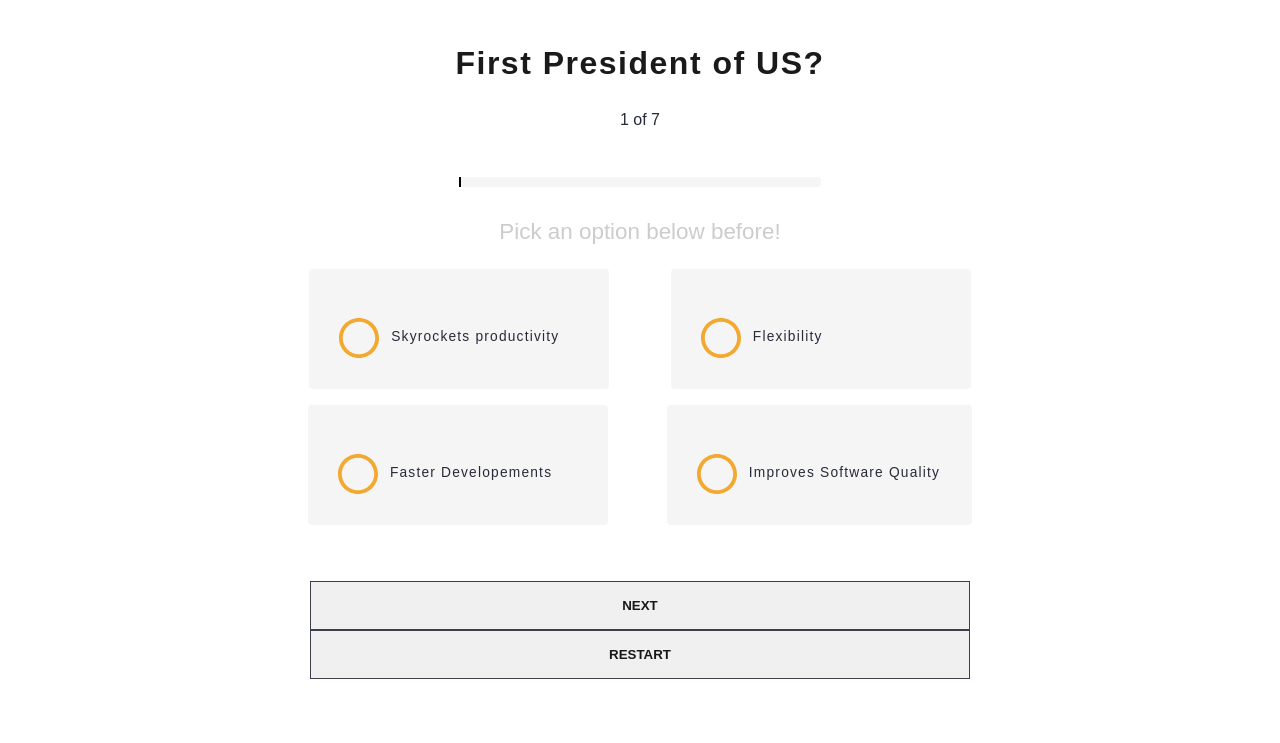
Repository: mukiSabljakovic/Quiz-APP
Page: index.html
The author's editor kept a copy of each file at every save. The page is drawn from the files as they stood at one save, then again after the next save.
The browser window is 1280 px wide. The pictures show the whole page.
Some web fonts or font styles are not loaded; a fallback is used.

Above is the page before, as saved 2020-05-04 16:28:28.

After the next save:
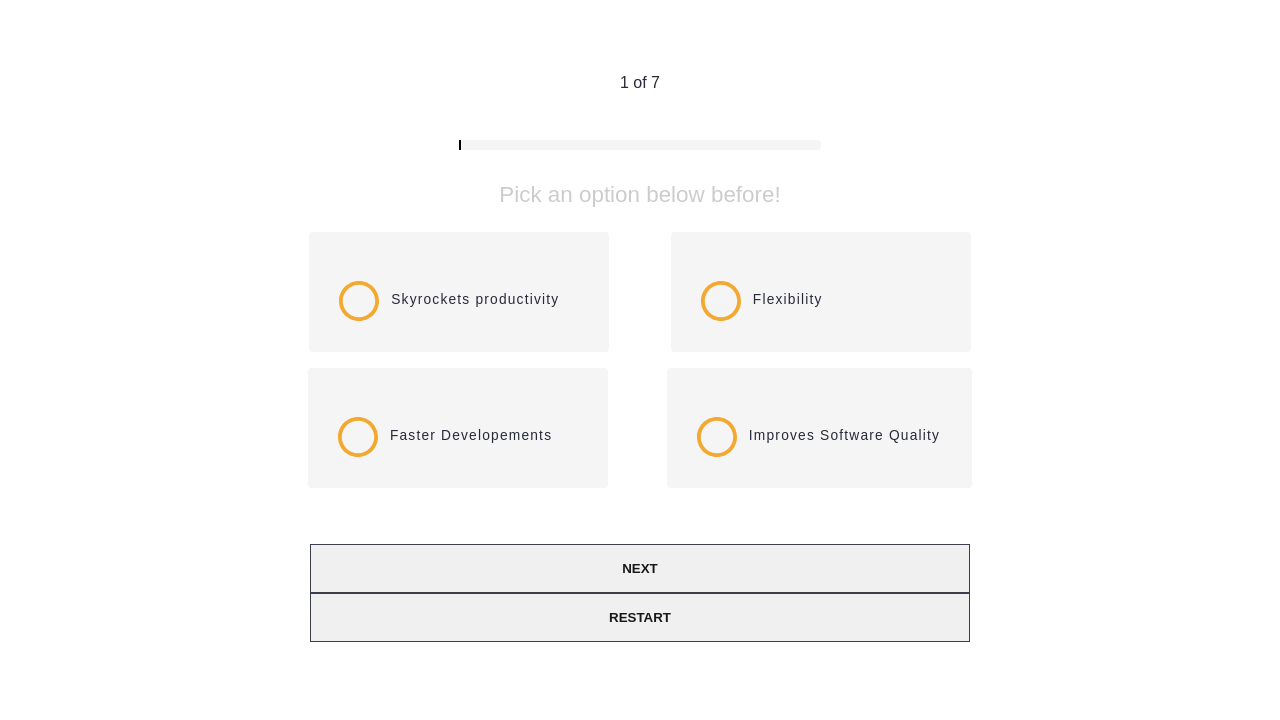
Console error: SyntaxError: Unexpected token '{'
Saved 64 s later.
--- a/js/app.js
+++ b/js/app.js
@@ -45,8 +45,13 @@
 
 const quiz = new Quiz([q1, q2, q3, q4, q5]);
 
+const changeText = (elem, value) {
+    elem.innerHTML = text;
+}
+
 const renderQuestion = _ => {
     const question = quiz.getCurrentQuestion().question;
+    changeText(quizQuestion, question);
     quizQuestionEl.innerHTML = question;
 }
 

After the 6 saves that followed:
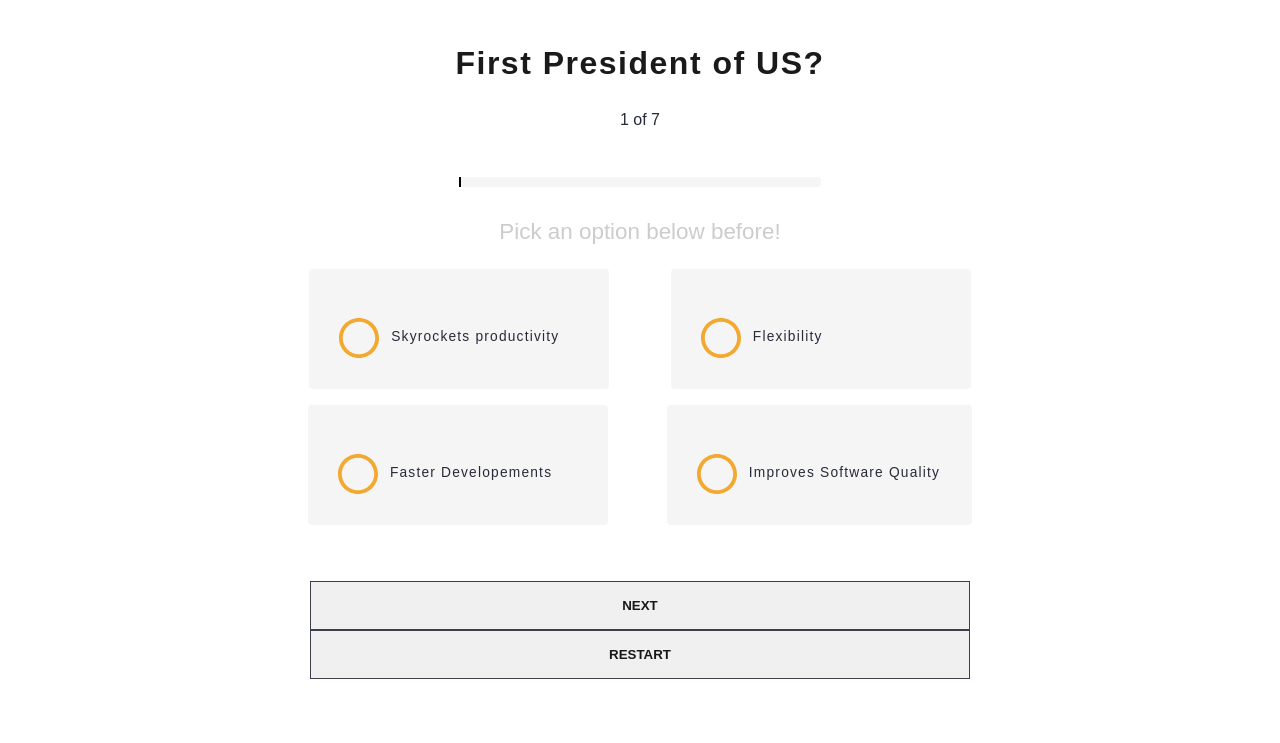
The error is gone.
The 6 saves are shown as one change because 4 left the picture as it was and some came seconds apart.
The last was saved 2 min 15 s later.
--- a/js/app.js
+++ b/js/app.js
@@ -45,14 +45,13 @@
 
 const quiz = new Quiz([q1, q2, q3, q4, q5]);
 
-const changeText = (elem, value) {
-    elem.innerHTML = text;
+const setValue = (elem, value) => {
+    elem.innerHTML = value;
 }
 
 const renderQuestion = _ => {
     const question = quiz.getCurrentQuestion().question;
-    changeText(quizQuestion, question);
-    quizQuestionEl.innerHTML = question;
+    setValue(quizQuestionEl, question);
 }
 
 renderQuestion();
